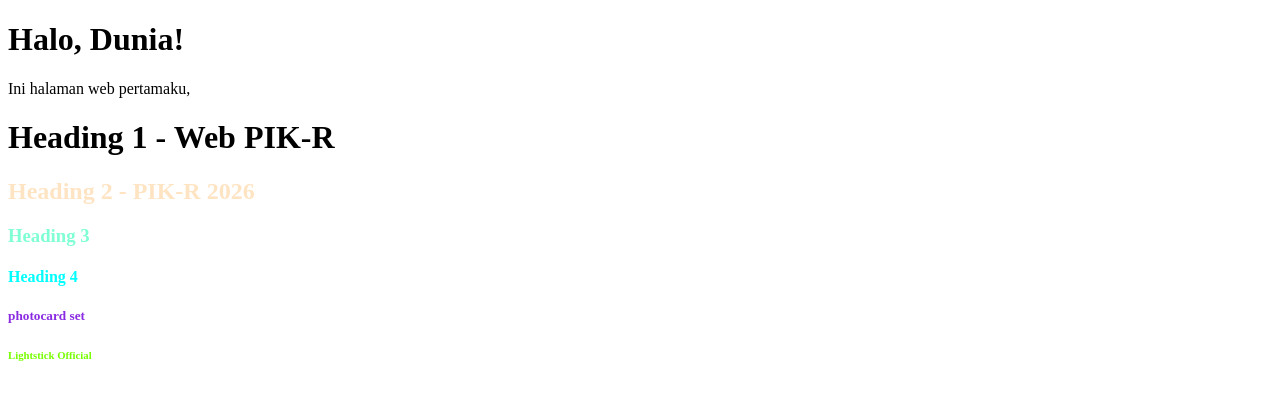
Repository: sekartazivi/241552010020-Web-Application-Development
Page: test.html
An editor plug-in stored every save of this project. The page is shown before and after the next save, followed by the edit.
The browser window is 1280 px wide. The pictures show the whole page.

Above is the page before, as saved 2026-02-20 08:37:04.

After the next save:
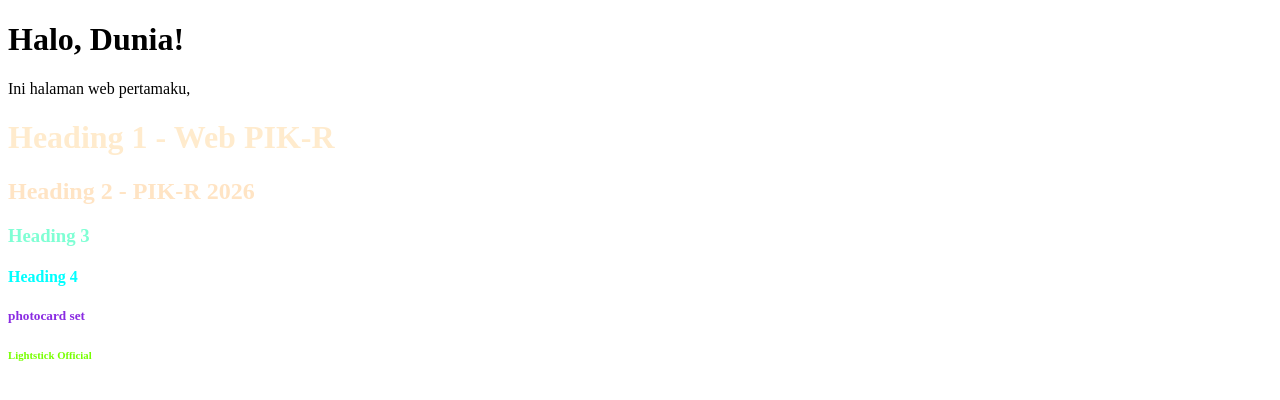
Saved 4 s later.
--- a/test.html
+++ b/test.html
@@ -8,7 +8,7 @@
 <body>
     <h1>Halo, Dunia!</h1>
     <p>Ini halaman web pertamaku,</p>
-    <h1 style="color: ;">Heading 1 - Web PIK-R</h1>
+    <h1 style="color: blanchedalmond;">Heading 1 - Web PIK-R</h1>
     <h2 style="color: bisque;">Heading 2 - PIK-R 2026</h2>
     <h3 style="color: aquamarine;" >Heading 3</h3>
     <h4 style="color: aqua;" >Heading 4</h4>
